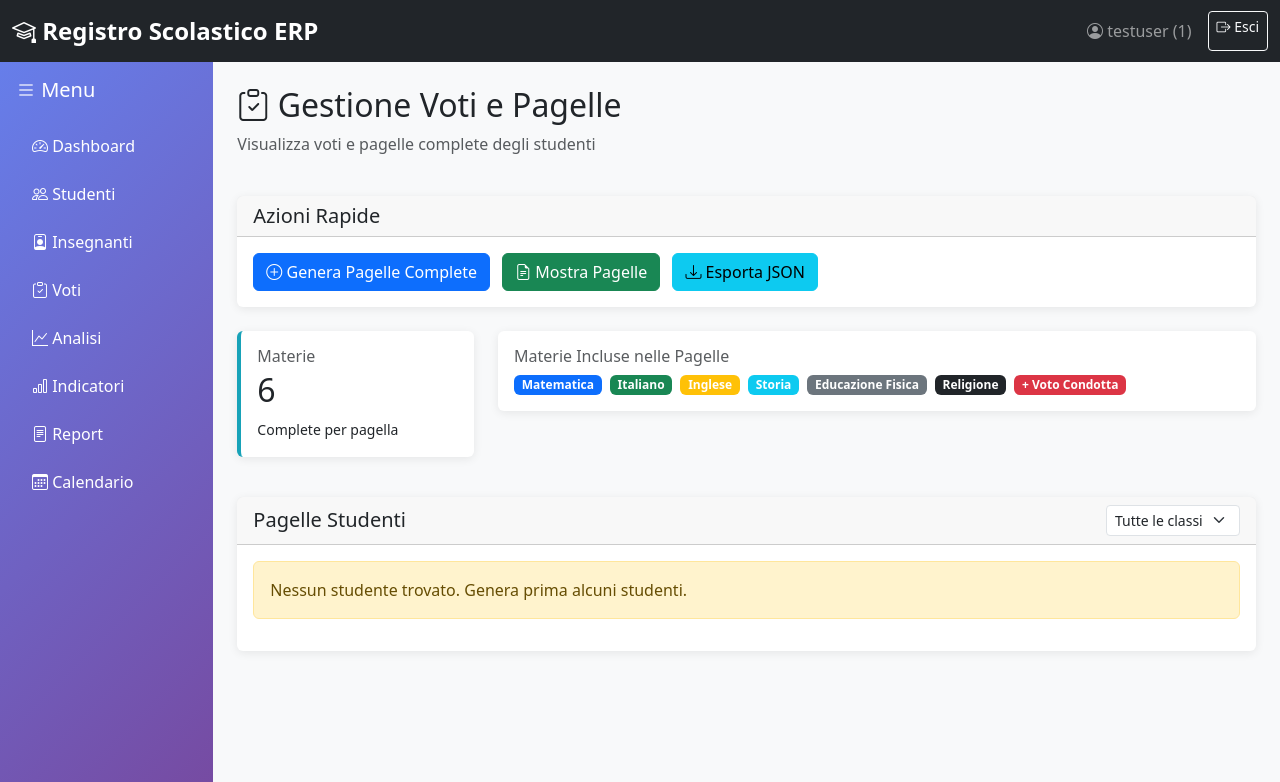
Repository: ballales1984-wq/ManagerSchool
Page: http://localhost/voti
An editor plug-in stored every save of this project. The page is shown before and after the next save, followed by the edit.
The browser window is 1280 px wide. The pictures show the whole page.
After loading, the first visible `button.btn-success` was clicked once.
The page is served by the project's application, run on Flask 3 (interfaccia_erp.py). The session is filled in as if someone had signed in: {"username": "testuser", "ruolo": 1}.

Above is the page before, as saved 2025-10-28 06:36:36.

After the next save:
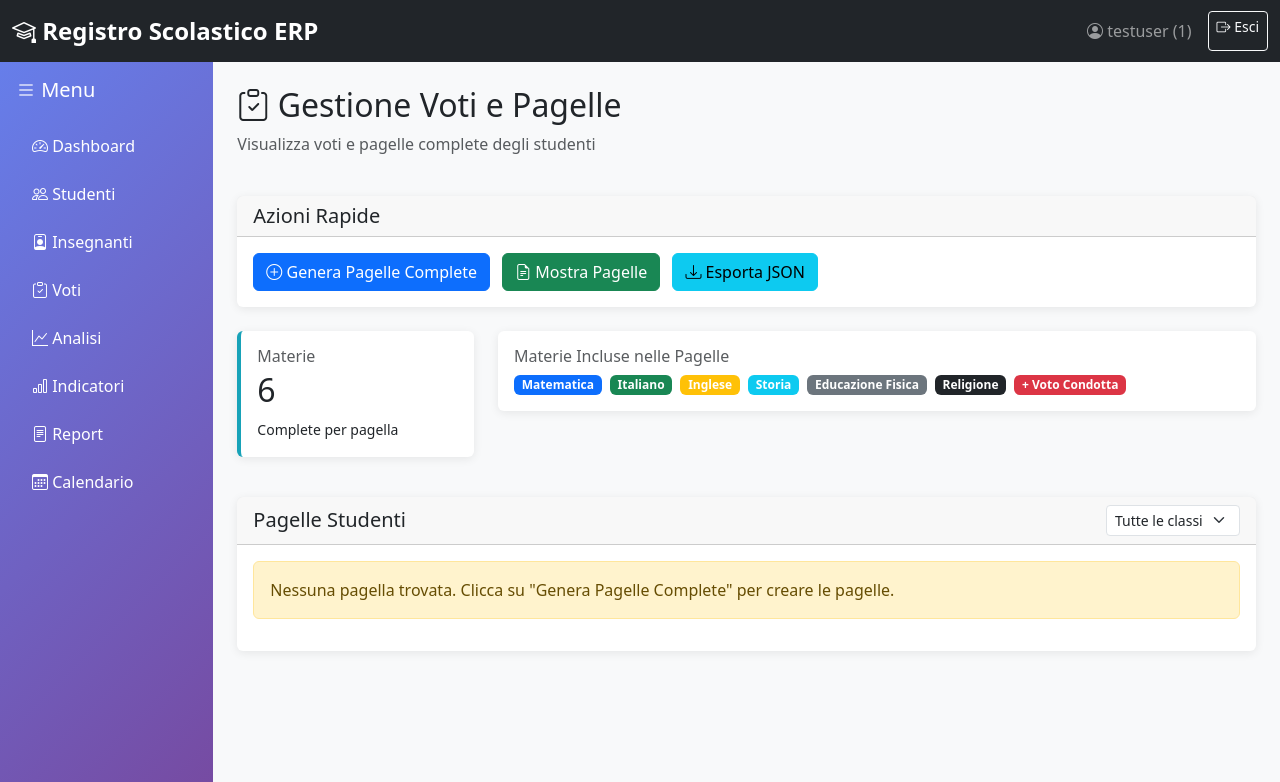
Saved 12 s later.
--- a/templates/voti.html
+++ b/templates/voti.html
@@ -167,17 +167,23 @@ async function generaPagelleComplete() {
 
 async function mostraPagelle() {
     try {
-        // In un sistema reale, faresti una chiamata API per ottenere le pagelle
-        const response = await fetch('/api/studenti');
-        const studenti = await response.json();
-
-        if (studenti.length === 0) {
+        // Carica pagelle reali dall'API
+        const response = await fetch('/api/pagelle');
+        const pagelle = await response.json();
+
+        if (pagelle.length === 0) {
             document.getElementById('pagelleContainer').innerHTML =
-                '<div class="alert alert-warning">Nessun studente trovato. Genera prima alcuni studenti.</div>';
+                '<div class="alert alert-warning">Nessuna pagella trovata. Clicca su "Genera Pagelle Complete" per creare le pagelle.</div>';
             return;
         }
 
-        mostraPagelleSimulate(studenti);
+        // Salva i dati per export
+        pagelleData = pagelle;
+
+        mostraPagelleReali(pagelle);
+
+        // Carica anche le statistiche
+        caricaStatistichePagelle();
 
     } catch (error) {
         console.error('Errore caricamento pagelle:', error);
